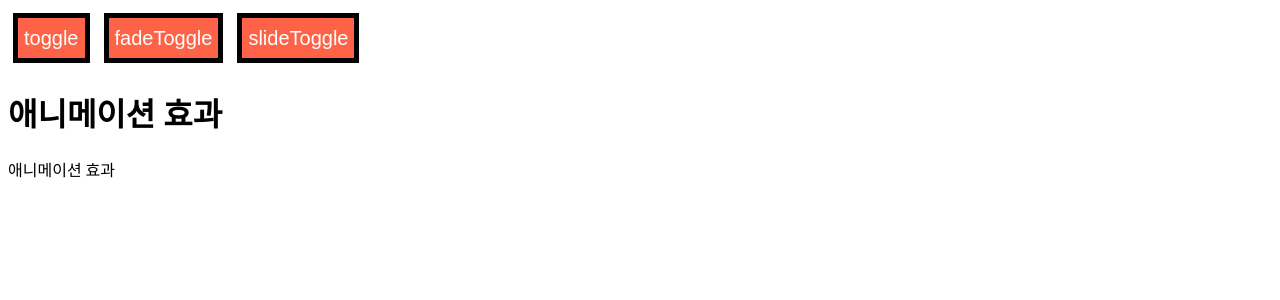
Repository: shouvoo/bitAcademy
Page: work/jsp/06_javascript/WebContent/09_jquery/06_effect/test01.html
An editor plug-in stored every save of this project. The page is shown before and after the next save, followed by the edit.
The browser window is 1280 px wide. The pictures show the whole page.
After loading, the first visible `button` was clicked once.

Above is the page before, as saved 2017-11-27 02:37:57.

### work/jsp/06_javascript/WebContent/09_jquery/06_effect/test01.html
<!--
	show
	hide
	toggle

	fadeOut
	fadeIn
	fadeToggle

	slideUp
	slideDown
	slideToggle
 -->
<!DOCTYPE html>
<html>
<head>
	<meta charset="utf-8">
	<style>
	button {
		margin: 5px;
		font-size: 20px;
		height: 50px;
		background: tomato;
		color: white;
		border: 5px solid black;
	}
	</style>
	<script src="../js/jquery-3.2.1.js"></script>
</head>
<body>
    <button>toggle</button>
    <button>fadeToggle</button>
    <button>slideToggle</button>
    <div id="effDiv1">
        <h1>애니메이션 효과</h1>
        <p>애니메이션 효과</p>
    </div>
    <div id="effDiv2" style="display: none;">
        <h1>숨겨져 있는 영역</h1>
        <p>숨겨져 있는 영역</p>
    </div>
    <script>
		$("button:eq(0)").click(function(){

		});
		$("button:eq(1)").click(function(){

		});
		$("button:eq(2)").click(function(){

		});
    </script>
</body>
</html>

Loaded but not shown: work/jsp/06_javascript/WebContent/09_jquery/js/jquery-3.2.1.js (library)

After the next save:
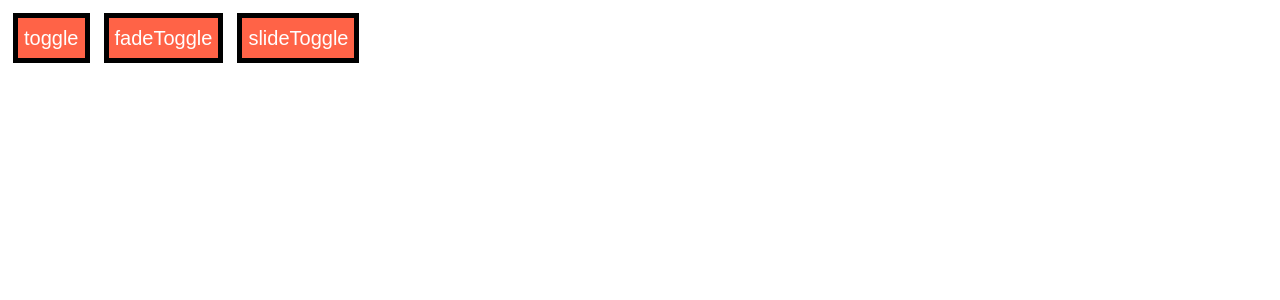
Saved 20 s later.
--- a/work/jsp/06_javascript/WebContent/09_jquery/06_effect/test01.html
+++ b/work/jsp/06_javascript/WebContent/09_jquery/06_effect/test01.html
@@ -41,11 +41,13 @@
     </div>
     <script>
 		$("button:eq(0)").click(function(){
+			$("#effDiv1").hide();
+		});
 
-		});
 		$("button:eq(1)").click(function(){
 
 		});
+
 		$("button:eq(2)").click(function(){
 
 		});
